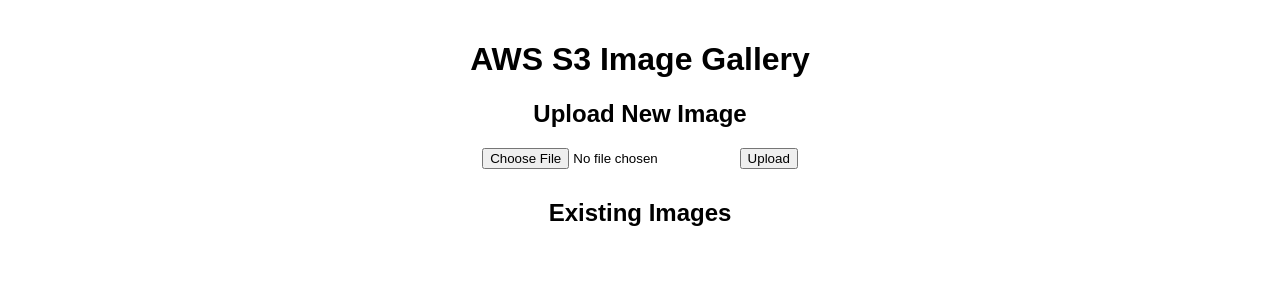
Repository: profospace/basic_ofo
Page: aws-image-gallery.html
These files come from the project's save history. The page is drawn as it stood at one moment and after the next save; the edit follows.
The browser window is 1280 px wide. The pictures show the whole page.
The page's requests for data from a server got no answer.

Above is the page before, as saved 2024-09-02 04:31:09.

After the next save:
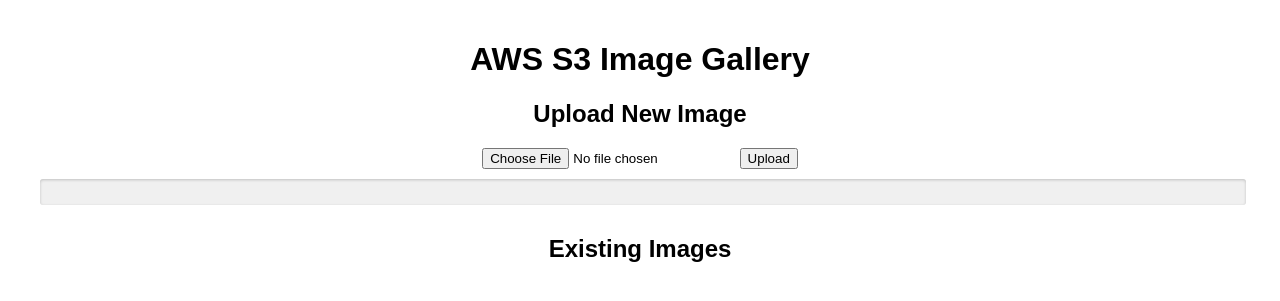
Saved 5 min 25 s later.
--- a/aws-image-gallery.html
+++ b/aws-image-gallery.html
@@ -28,7 +28,7 @@
             max-width: 100%;
             height: auto;
         }
-        .imageUrl {
+        .imageUrl, .imageInfo {
             word-break: break-all;
             font-size: 0.8em;
             margin-top: 10px;
@@ -37,9 +37,25 @@
             margin-bottom: 30px;
             text-align: center;
         }
-        #uploadedImageUrl {
+        #uploadedImageInfo {
             margin-top: 10px;
-            font-weight: bold;
+            text-align: left;
+            display: none;
+        }
+        #progressBarContainer {
+            width: 100%;
+            background-color: #f0f0f0;
+            padding: 3px;
+            border-radius: 3px;
+            box-shadow: inset 0 1px 3px rgba(0, 0, 0, .2);
+            margin-top: 10px;
+        }
+        #progressBar {
+            width: 0;
+            height: 20px;
+            background-color: #4CAF50;
+            border-radius: 3px;
+            transition: width 0.3s ease-in-out;
         }
     </style>
 </head>
@@ -50,7 +66,10 @@
         <h2>Upload New Image</h2>
         <input type="file" id="imageUpload" accept="image/*">
         <button onclick="uploadImage()">Upload</button>
-        <div id="uploadedImageUrl"></div>
+        <div id="progressBarContainer">
+            <div id="progressBar"></div>
+        </div>
+        <div id="uploadedImageInfo"></div>
     </div>
 
     <h2>Existing Images</h2>
@@ -76,20 +95,26 @@
 
             imageGrid.innerHTML = ''; // Clear existing images
 
-            images.forEach(imageUrl => {
+            images.forEach((imageInfo, index) => {
                 const imageItem = document.createElement('div');
                 imageItem.className = 'imageItem';
 
                 const img = document.createElement('img');
-                img.src = imageUrl;
-                img.alt = 'AWS S3 Image';
+                img.src = imageInfo.url;
+                img.alt = `AWS S3 Image ${index + 1}`;
 
                 const urlText = document.createElement('p');
                 urlText.className = 'imageUrl';
-                urlText.textContent = imageUrl;
+                urlText.textContent = imageInfo.url;
+
+                const infoText = document.createElement('p');
+                infoText.className = 'imageInfo';
+                infoText.textContent = `Last modified: ${new Date(imageInfo.lastModified).toLocaleString()}
+                                        Size: ${(imageInfo.size / 1024 / 1024).toFixed(2)} MB`;
 
                 imageItem.appendChild(img);
                 imageItem.appendChild(urlText);
+                imageItem.appendChild(infoText);
                 imageGrid.appendChild(imageItem);
             });
         }
@@ -103,21 +128,50 @@
                 return;
             }
 
+            const progressBar = document.getElementById('progressBar');
+            const uploadedImageInfo = document.getElementById('uploadedImageInfo');
+            uploadedImageInfo.style.display = 'none';
+            progressBar.style.width = '0%';
+
             try {
                 // Get a signed URL for uploading
                 const response = await fetch(`/api/get-upload-url?fileName=${file.name}&fileType=${file.type}`);
                 const { signedRequest, url } = await response.json();
 
-                // Upload the file to S3
-                await fetch(signedRequest, {
-                    method: 'PUT',
-                    body: file,
-                    headers: { 'Content-Type': file.type }
+                // Upload the file to S3 with progress tracking
+                await new Promise((resolve, reject) => {
+                    const xhr = new XMLHttpRequest();
+                    xhr.open('PUT', signedRequest);
+                    xhr.setRequestHeader('Content-Type', file.type);
+
+                    xhr.upload.onprogress = (event) => {
+                        if (event.lengthComputable) {
+                            const percentComplete = (event.loaded / event.total) * 100;
+                            progressBar.style.width = percentComplete + '%';
+                        }
+                    };
+
+                    xhr.onload = () => {
+                        if (xhr.status === 200) {
+                            resolve();
+                        } else {
+                            reject(new Error('Upload failed'));
+                        }
+                    };
+
+                    xhr.onerror = () => reject(new Error('Upload failed'));
+                    xhr.send(file);
                 });
 
-                // Display the uploaded image URL
-                const uploadedImageUrl = document.getElementById('uploadedImageUrl');
-                uploadedImageUrl.textContent = `Uploaded Image URL: ${url}`;
+                // Display the uploaded image info
+                uploadedImageInfo.innerHTML = `
+                    <h3>Uploaded Image Information:</h3>
+                    <p>File Name: ${file.name}</p>
+                    <p>File Type: ${file.type}</p>
+                    <p>File Size: ${(file.size / 1024 / 1024).toFixed(2)} MB</p>
+                    <p>URL: ${url}</p>
+                `;
+                uploadedImageInfo.style.display = 'block';
 
                 // Reload the image grid
                 await loadImages();
